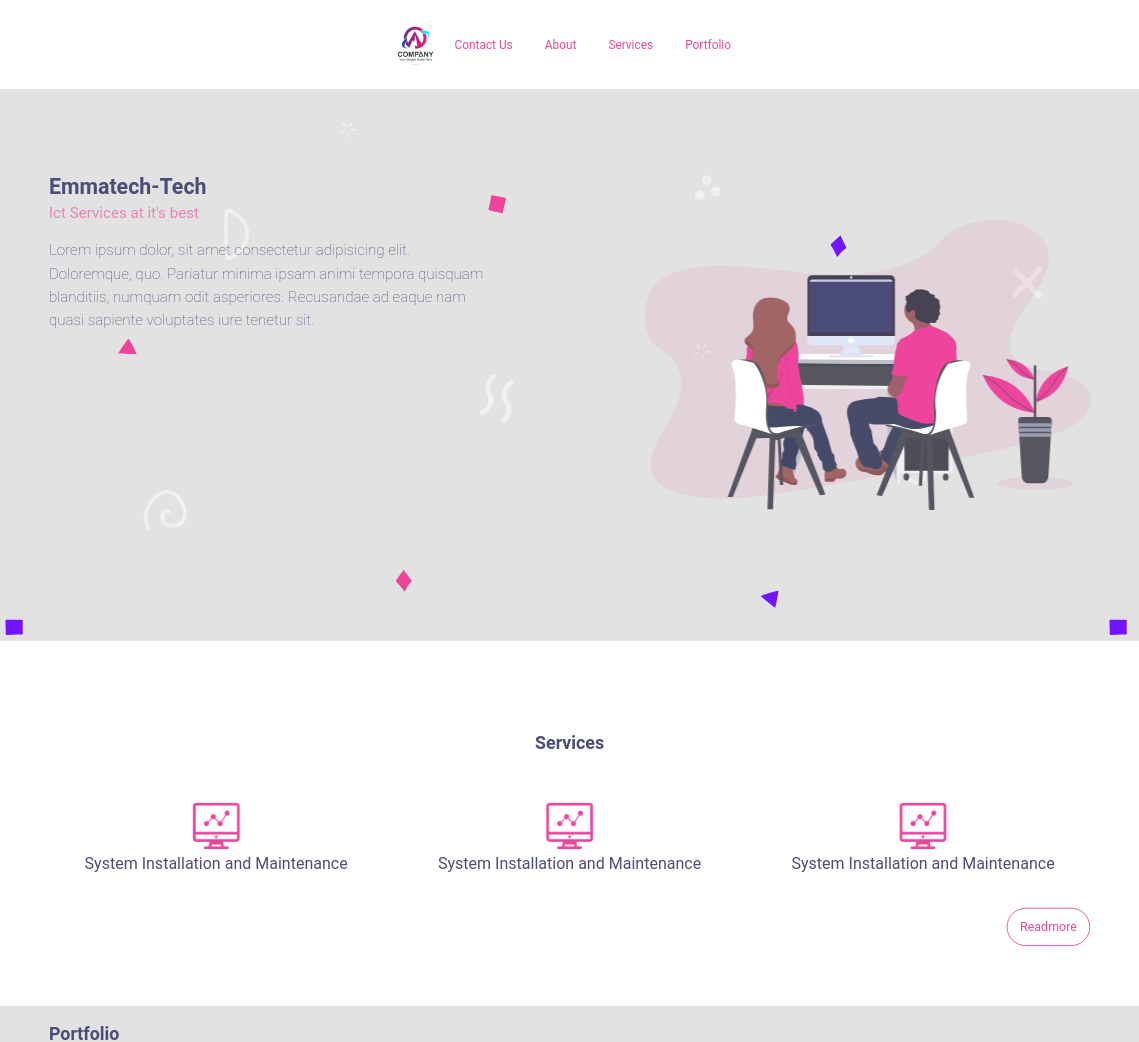
Repository: wisdomspine/emmatech-website
Page: index.html
These files come from the project's save history. The page is drawn as it stood at one moment and after the next save; the edit follows.
The browser window is 1280 px wide. The pictures show the part of the page from y = 0 to 1171 px (the page is 1441 px tall), at 89% of full size.
A picture or video elsewhere on the page could not be fetched, so the positions and the page height are approximate.

Above is the page before, as saved 2020-10-28 10:20:51.

### index.html
<!DOCTYPE html>
<html lang="en">

<head>
    <meta charset="UTF-8">
    <meta name="viewport" content="width=device-width, initial-scale=1.0 max-scale=1.0">
    <title>Emmatech ICT</title>
    <link rel="stylesheet" href="./assets/styles/styles.css">
    <link rel="stylesheet" href="./assets/styles/home-slide.css">
    <link rel="stylesheet" href="./assets/styles/index.css">
</head>

<body>
    <header class="header">
        <div class="container">
            <img src="./assets/images/logo.png" alt="">
            <nav>
                <ul>
                    <li>
                        <a href="#">Contact Us</a>
                    </li>
                    <li>
                        <a href="#">About</a>
                    </li>
                    <li>
                        <a href="#">Services</a>
                    </li>
                    <li>
                        <a href="#">Portfolio</a>
                    </li>
                </ul>
            </nav>
        </div>
    </header>

    <section class="home-slide">
        <div>
            <div class="container">
                <article>
                    <header>
                        <h1>Emmatech-Tech</h1>
                        <h2>Ict Services at it's best</h2>
                    </header>
                    <p>
                        Lorem ipsum dolor, sit amet consectetur adipisicing elit. Doloremque, quo. Pariatur minima ipsam
                        animi tempora quisquam blanditiis, numquam odit asperiores. Recusandae ad eaque nam quasi
                        sapiente voluptates iure tenetur sit.

                    </p>
                </article>
                <img src="./assets/images/slide/slide1.svg" alt="">
            </div>
        </div>
        <div>
            <div class="container">
                <article>
                    <header>
                        <h1>Emmatech-Tech</h1>
                        <h2>Ict Services at it's peak</h2>
                    </header>
                    <p>
                        Lorem ipsum dolor, sit amet consectetur adipisicing elit. Doloremque, quo. Pariatur minima ipsam
                        animi tempora quisquam blanditiis, numquam odit asperiores. Recusandae ad eaque nam quasi
                        sapiente voluptates iure tenetur sit.

                    </p>
                </article>
                <div>
                    <img src="./assets/images/slide/slide2.svg" alt="">
                </div>
            </div>
        </div>
        <div>
            <div class="container">
                <article>
                    <header>
                        <h1>Emmatech-Tech</h1>
                        <h2>Ict Services at it's great</h2>
                    </header>
                    <p>
                        Lorem ipsum dolor, sit amet consectetur adipisicing elit. Doloremque, quo. Pariatur minima ipsam
                        animi tempora quisquam blanditiis, numquam odit asperiores. Recusandae ad eaque nam quasi
                        sapiente voluptates iure tenetur sit.

                    </p>
                </article>
                <div>
                    <img src="./assets/images/slide/slide3.svg" alt="">
                </div>
            </div>
        </div>
    </section>
    <section class="service-section">
        <div class="container">
            <h2 class="text-center">
                Services
            </h2>
            <div class="home-services">
                <figure>
                    <img src="./assets/images/systme-installation.png" alt="">
                    <figcaption>
                        System Installation and Maintenance
                    </figcaption>
                </figure>
                <figure>
                    <img src="./assets/images/systme-installation.png" alt="">
                    <figcaption>
                        System Installation and Maintenance
                    </figcaption>
                </figure>
                <figure>
                    <img src="./assets/images/systme-installation.png" alt="">
                    <figcaption>
                        System Installation and Maintenance
                    </figcaption>
                </figure>
            </div>

            <a href="#" class="button outline accent readmore">
                Readmore
            </a>
        </div>
    </section>
    <section class="home-portfolio">
        <div class="container">
            <h2>
                Portfolio
            </h2>
            <div class="content">
                <figure>
                    <img src="https://images.unsplash.com/photo-1557597774-9d273605dfa9?ixlib=rb-1.2.1&ixid=eyJhcHBfaWQiOjEyMDd9&auto=format&fit=crop&w=500&q=80&h=500"
                        alt="">
                    <figcaption>
                        <h3>Installation of CCTV cameras in TA'AL E-Library</h3>
                        <a href="#" class="button filled accent">View Case</a>
                    </figcaption>
                </figure>
                <figure>
                    <img src="https://images.unsplash.com/photo-1557597774-9d273605dfa9?ixlib=rb-1.2.1&ixid=eyJhcHBfaWQiOjEyMDd9&auto=format&fit=crop&w=500&q=80&h=500"
                        alt="">
                    <figcaption>
                        <h3>Installation of CCTV cameras in TA'AL E-Library</h3>
                        <a href="#" class="button filled accent">View Case</a>
                    </figcaption>
                </figure>
                <figure>
                    <img src="https://images.unsplash.com/photo-1557597774-9d273605dfa9?ixlib=rb-1.2.1&ixid=eyJhcHBfaWQiOjEyMDd9&auto=format&fit=crop&w=500&q=80&h=500"
                        alt="">
                    <figcaption>
                        <h3>Installation of CCTV cameras in TA'AL E-Library</h3>
                        <a href="#" class="button filled accent">View Case</a>
                    </figcaption>
                </figure>
                <figure>
                    <img src="https://images.unsplash.com/photo-1557597774-9d273605dfa9?ixlib=rb-1.2.1&ixid=eyJhcHBfaWQiOjEyMDd9&auto=format&fit=crop&w=500&q=80&h=500"
                        alt="">
                    <figcaption>
                        <h3>Installation of CCTV cameras in TA'AL E-Library</h3>
                        <a href="#" class="button filled accent">View Case</a>
                    </figcaption>
                </figure>
            </div>
        </div>
    </section>
</body>
<script>
    const divs = document.querySelectorAll(".home-slide > div");
    let current = 0;
    divs.forEach(e => {
        e.style.display = "none";
    })
    divs[(current++) % divs.length].style.display = "block";
    setInterval(function () {
        divs.forEach(e => {
            e.style.display = "none";
        })
        divs[(current++) % divs.length].style.display = "block";
    }, 10000)
</script>

</html>

### assets/styles/styles.css
@import "./preset.css";
@import "./page-header.css";

.container {
  max-width: 1170px;
  margin-left: auto;
  margin-right: auto;
}

.text-center{
  text-align: center;
}

.button{
  font-size: 14px;
  line-height: 21px;
  padding: 10px  14px;
  border-radius: 100px;
}

.button.filled.accent{
  background-color: var(--accent-color);
  color: white;
}

.button.outline.accent{
  border-color: var(--accent-color);
  border-width: 1px;
  border-style: solid;
  color: var(--accent-color);
}

### assets/styles/home-slide.css
@import "./variables.css";

@keyframes slide-article {
  0% {
    opacity: 0;
    position: relative;
    top: -90px;
    left: -150px;
  }

  5.5% {
    opacity: 1;
    position: relative;
    top: 0px;
    left: 0px;
  }

  90.8% {
    opacity: 1;
    position: relative;
    top: 0px;
    left: 0px;
  }

  100% {
    opacity: 0;
    position: relative;
    top: 90px;
    left: -150px;
  }
}

@keyframes slide-img {
  0% {
    opacity: 0;
    position: relative;
    top: 350px;
  }

  5.5% {
    opacity: 1;
    position: relative;
    top: 0px;
  }

  90.8% {
    opacity: 1;
    position: relative;
    top: 0px;
  }

  100% {
    opacity: 0;
    position: relative;
    top: 350px;
  }
}


.home-slide {
  height: calc(100vh - var(--header-height));
  overflow: hidden;
  background: url("../images/Confetti-Doodles.svg");
  background-size: contain;
}

.home-slide>div {
  height: 100%;
}

.home-slide>div .container {
  height: 100%;
}

.home-slide .container {
  display: flex;
  flex-flow: row nowrap;
  align-items: center;
  justify-content: space-between;
}

.home-slide .container img {
  max-width: 500px;
  animation-name: slide-img;
  animation-duration: var(--slide-animation-duration);
}

.home-slide .container article {
  max-width: 500px;
  align-self: flex-start;
  margin-top: 70px;
}

.home-slide .container article h1 {
  font-size: 24px;
  margin-bottom: 0px;
}

.home-slide .container article h2 {
  margin-top: 0px;
  opacity: 0.6;
  font-weight: 400;
  font-size: 17px;
  color: var(--accent-link-color);
}

.home-slide .container article {}

.home-slide .container article:not(:hover) {
  animation-name: slide-article;
  animation-duration: var(--slide-animation-duration);
}

.home-slide .container article p {
  font-size: 17px;
  font-weight: lighter;
  line-height: 26px;
}

### assets/styles/index.css
@import "./variables.css";

.service-section{
    background-color:white;
    padding-top: 84px;
    padding-bottom: 134px;
}

.home-services{
    display: flex;
    flex-flow: row nowrap;
    justify-content: space-between;
    align-items: flex-start;
    margin-top: 30px;;
}

.home-services figure{
    display: flex;
    flex-flow: column nowrap;
    align-items: center;
}

.home-services figure figcaption{
    font-size: 18px;
    line-height: 27px;
}

.service-section .readmore{
    float: right;
    margin-top: 24px;
}

.home-portfolio .content{
    display: flex;
    flex-direction: row;
    flex-wrap: nowrap;
    justify-content: space-between;
    overflow-x: hidden;
    height: 250px;
    margin-left: -20px;
}
.home-portfolio .content figure{
    height: 100%;
    position: relative;
    margin: 0px;
    margin-left: 30px;
}

.home-portfolio .content figure img{
    max-height: 100%;
}

.home-portfolio .content figure figcaption{
    height: 100%;
    position: absolute;
    top: 0;
    display: flex;
    flex-flow: column;
    flex-wrap: nowrap;
    justify-content: center;
    padding: 14px;
    backdrop-filter: brightness(40%);
    align-items: center;

}

.home-portfolio .content figure figcaption h3{
    color: #ffffff;
    text-align: center;
    line-height: 1.8;
}

### assets/styles/preset.css
/* @font-face {
  font-family: "Roboto";
  src: "../fonts/Roboto /Roboto-Regular.ttf";
} */
@import "./variables.css";

* {
  box-sizing: border-box;
  text-rendering: optimizeLegibility;
  -webkit-font-smoothing: antialiased;
  -moz-osx-font-smoothing: grayscale;
  font-kerning: auto;
  color: var(--text-color);
}

html {
  font-size: 10pt;
  line-height: 1.4;
  font-weight: 400;
  font-family: "Roboto";
  -webkit-text-size-adjust: 100%;
}

body {
  margin: 0;
  background-color: var(--bg-color);
}

a,
a:hover,
a:active,
a:focus {
  text-decoration: none;
}

### assets/styles/page-header.css
@import "./variables.css";
.header {
  display: flex;
  flex-flow: row nowrap;
  justify-content: space-between;
  padding: var(--padding-large);
  height: var(--header-height);
  overflow: hidden;
  background-color: var(--card-color);
}

.header .container {
  display: flex;
  flex-flow: row nowrap;
  justify-content: space-between;
}

.header img {
  display: inline-block;
  height: 100%;
}

.header nav ul {
  list-style: none;
  display: flex;
  flex-flow: row nowrap;
  padding: 0;
  margin: 0;
}

.header nav ul li {
  padding: var(--padding-mid);
}

.header nav ul a {
  color: var(--accent-link-color);
}
.header nav ul a:hover {
  opacity: 0.9;
}

### assets/styles/variables.css
:root {
  --bg-color: #e1e2e1;
  --padding-large: 24px;
  --padding-mid: 18px;
  --header-height: 100px;
  --card-color: #ffffff;
  --accent-link-color: #ed459c;
  --accent-color: #ed459c;

  --text-color: #4C4C78;
  --slide-animation-duration: 10s;
}

Loaded but not shown: assets/images/slide/slide1.svg (1 lines, source omitted)

After the next save:
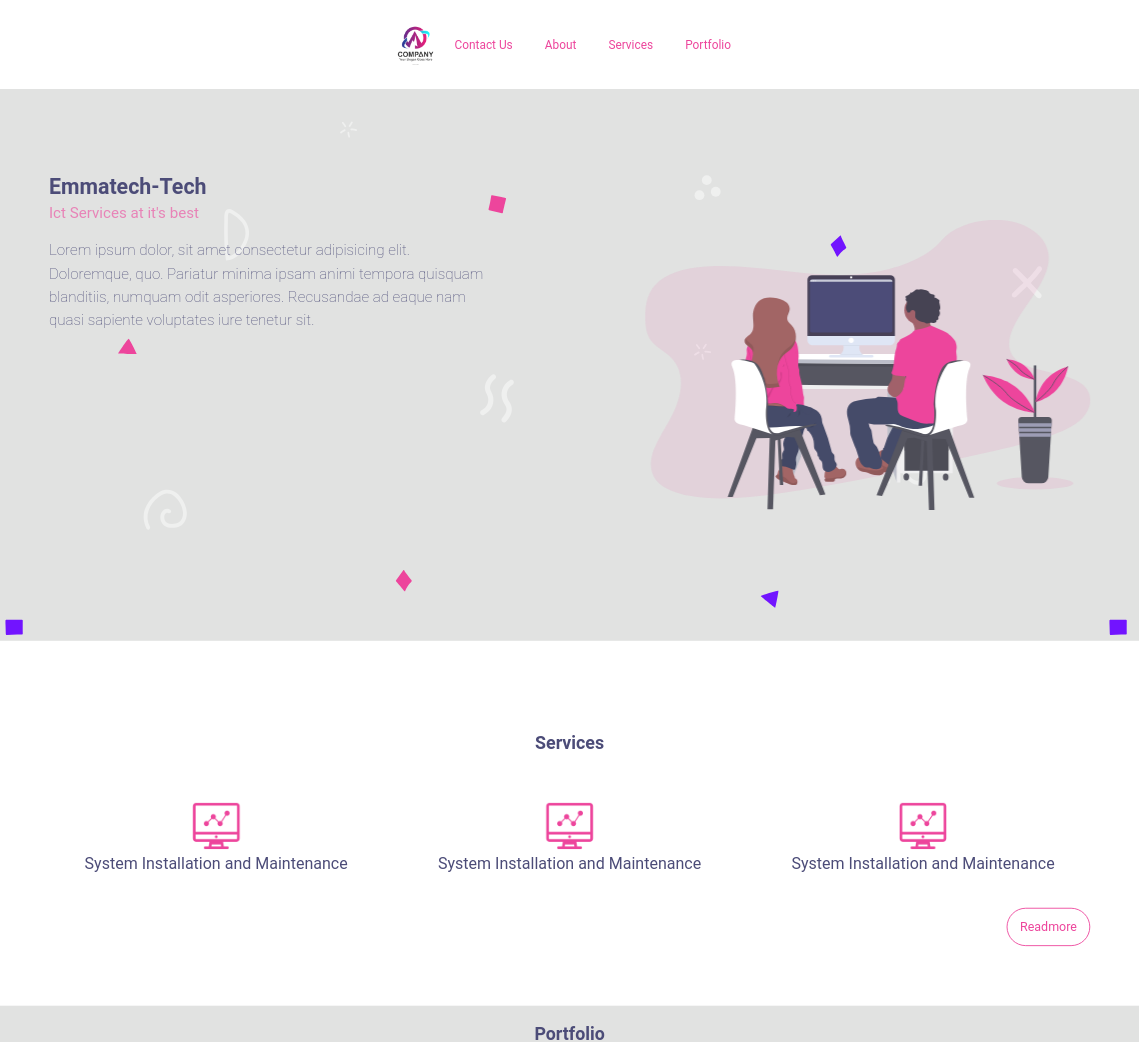
Saved 39 s later.
--- a/index.html
+++ b/index.html
@@ -123,7 +123,7 @@
     </section>
     <section class="home-portfolio">
         <div class="container">
-            <h2>
+            <h2 class="text-center">
                 Portfolio
             </h2>
             <div class="content">
